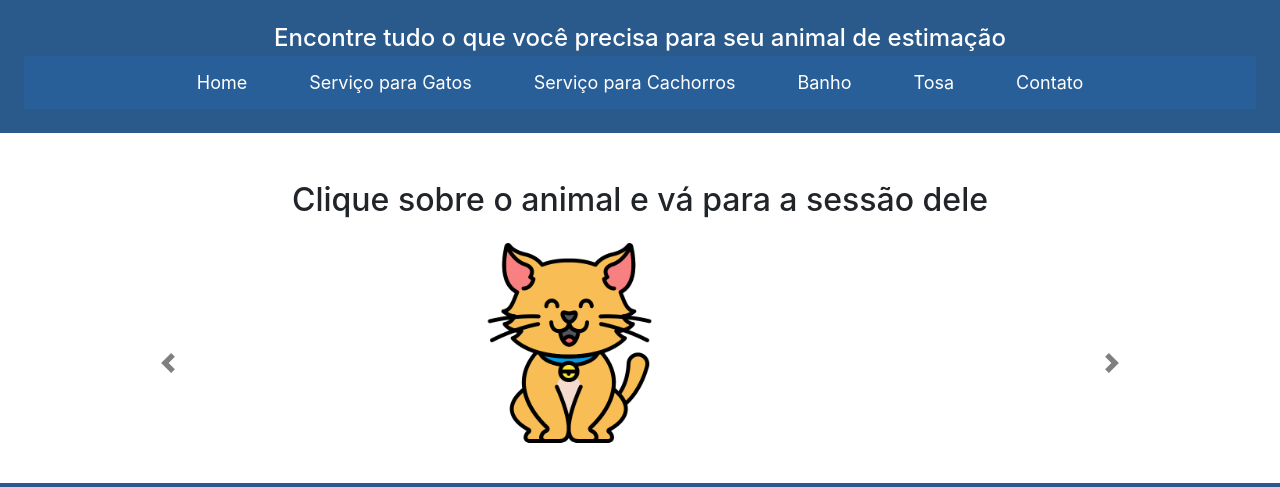
Repository: graeff01/petshop-project
Page: index.html
The author's editor kept a copy of each file at every save. The page is drawn from the files as they stood at one save, then again after the next save.
The browser window is 1280 px wide. The pictures show the part of the page from y = 0 to 487 px (the page is 1667 px tall before and 1672 px after).
A picture or video elsewhere on the page could not be fetched, so the positions and the page height are approximate.

Above is the page before, as saved 2024-09-18 11:32:36.

### index.html
<!DOCTYPE html>
<html lang="pt-br">
<head>
    <meta charset="UTF-8">
    <meta name="viewport" content="width=device-width, initial-scale=1.0">
    <title>PetShop - Home</title>
    <link rel="stylesheet" href="css/style.css">
    <link href="https://maxcdn.bootstrapcdn.com/bootstrap/4.5.2/css/bootstrap.min.css" rel="stylesheet">
</head>
<body>
    <!-- Cabeçalho com menu de navegação -->
    <header class="blue-background text-center p-4">
        <h1>Encontre tudo o que você precisa para seu animal de estimação</h1>
        <nav>
            <ul class="nav justify-content-center">
                <li class="nav-item">
                    <a class="nav-link active" href="index.html">Home</a>
                </li>
                <li class="nav-item">
                    <a class="nav-link" href="gato.html">Serviço para Gatos</a>
                </li>
                <li class="nav-item">
                    <a class="nav-link" href="dog.html">Serviço para Cachorros</a>
                </li>
                <li class="nav-item">
                    <a class="nav-link" href="banho.html">Banho</a>
                </li>
                <li class="nav-item">
                    <a class="nav-link" href="tosa.html">Tosa</a>
                </li>
                <li class="nav-item">
                    <a class="nav-link" href="contato.html">Contato</a>
                </li>
            </ul>
        </nav>
    </header>


<!-- Seção com título explicativo -->
<section class="carousel-section container mt-5">
    <h2 class="text-center mb-4">Clique sobre o animal e vá para a sessão dele</h2> <!-- Título centralizado -->

    <!-- Carrossel de Imagens -->
    <div id="carouselExampleIndicators" class="carousel slide" data-ride="carousel">
        <div class="carousel-inner">
            <div class="carousel-item active">
                <a href="gato.html">
                    <img class="d-block w-100" src="img/cat.png" alt="Primeira imagem">
                </a>
            </div>
            <div class="carousel-item">
                <a href="dog.html">
                    <img class="d-block w-100" src="img/dog.png" alt="Segunda imagem">
                </a>
            </div>
        </div>
        <a class="carousel-control-prev" href="#carouselExampleIndicators" role="button" data-slide="prev">
            <span class="carousel-control-prev-icon" aria-hidden="true"></span>
            <span class="sr-only">Previous</span>
        </a>
        <a class="carousel-control-next" href="#carouselExampleIndicators" role="button" data-slide="next">
            <span class="carousel-control-next-icon" aria-hidden="true"></span>
            <span class="sr-only">Next</span>
        </a>
    </div>
</section>


    <!-- Seção de Fidelidade -->
    <section class="membership text-center p-4">
        <div class="membership-content d-flex align-items-center justify-content-center">
            <div class="membership-text text-center">
                <h3>Torne-se um membro<br>E obtenha desconto</h3>
                <a href="cliente.html" class="btn btn-dark">Virar Membro</a>
            </div>
            <div class="membership-image">
                <img src="img/fidelidade.jpg" alt="Gift" class="img-fluid">
            </div>
        </div>
    </section>

    <!-- Conselhos -->
    <main class="container mt-5">
        <div class="advice-section d-flex justify-content-center align-items-center">
            <div class="advice-text text-center">
                <h2>Alguns bons conselhos para cuidar de seu animal de estimação</h2><br><br>
                <p><strong>Paciência e compreensão:</strong> entenda que os animais de estimação têm suas personalidades. Seja paciente, especialmente durante o treinamento.</p> <br>
                <p><strong>Eduque-se:</strong> Aprenda sobre a raça, os comportamentos e os requisitos de saúde específicos de seu animal de estimação.</p><br>
                <p><strong>Preparação para emergências:</strong> Familiarize-se com a localização da clínica veterinária de emergência mais próxima.</p><br>
                <p><strong>Reforço positivo:</strong> Aprenda técnicas de reforço positivo.</p>
            </div>
            <div class="advice-image text-center">
                <img src="img/dogg.png" alt="Dog Advice" class="img-fluid">
            </div>
        </div>
    </main>

    <!-- Rodapé com informações de contato -->
    <footer class="footer mt-5 p-4 bg-light text-center">
        <div class="footer-container">
            <div class="footer-left">
                <img src="img/logo.png" alt="PetShop Logo" class="footer-logo">
            </div>
            <div class="footer-center">
                <ul class="footer-links">
                    <li><a href="index.html">Home</a></li>
                    <li><a href="gato.html">Gato</a></li>
                    <li><a href="dog.html">Cachorro</a></li>
                    <li><a href="banho.html">Banho</a></li>
                    <li><a href="tosa.html">Tosa</a></li>
                    <li><a href="contato.html">Contato</a></li>
                </ul>
            </div>
            <div class="footer-right">
                <p>Contato: (11) 1234-5678 | contato@petshop.com</p>
                <p>Autor: Douglas - Projeto Web</p>
                <div class="social-icons">
                    <a href="#"><img src="img/face.png" alt="Facebook"></a>
                    <a href="#"><img src="img/insta.png" alt="Instagram"></a>
                    <a href="#"><img src="img/x.png" alt="Twitter"></a>
                </div>
            </div>
        </div>
    </footer>

    <script src="https://code.jquery.com/jquery-3.5.1.slim.min.js"></script>
    <script src="https://cdn.jsdelivr.net/npm/@popperjs/core@2.9.2/dist/umd/popper.min.js"></script>
    <script src="https://maxcdn.bootstrapcdn.com/bootstrap/4.5.2/js/bootstrap.min.js"></script>
</body>
</html>

### css/style.css
/* Estilos globais */
body {
    font-family: Arial, sans-serif;
    margin: 0;
    padding: 0;
}

/* Cabeçalho */
header.blue-background {
    background-color: #2a598b;
    color: white;
    padding: 20px 0;
    text-align: center;
    width: 100%;
    box-sizing: border-box;
}

header.blue-background h1 {
    font-size: 24px;
}

nav ul {
    padding: 0;
    margin: -5px 0;
    align-items: center;
    list-style-type: none;
    display: flex;
    background-color: #2a619cce;
    padding: 5px 0;
}

nav ul li {
    margin: 0 15px;
}

nav ul li a {
    color: rgb(255, 255, 255);
    text-decoration: none;
    font-size: 18px;
    transition: color 0.3s ease;
}

nav ul li a:hover {
    color: #ffd700;
}

/* Barra de busca */
.search-bar {
    padding: 10px;
    font-size: 16px;
    width: 50%;
    margin: 20px auto;
    border-radius: 20px;
    border: 2px solid #ffffff;
    transition: all 0.3s ease;
}

.search-bar:focus {
    border-color: #e61212;
    outline: none;
}

/* Carrossel */
.carousel-item img {
    max-height: 300px;
    max-width: 200px;
    margin-left: 450px;
    object-fit: cover;
    margin-bottom: 40px;
}

/* Alterar a cor usando filter */
.carousel-control-prev-icon,
.carousel-control-next-icon {
    filter: invert(100%) sepia(100%) saturate(0%) hue-rotate(0deg) brightness(100%) contrast(100%);
    /* Modifique `invert` e outros valores para ajustar a cor */
}

/* Seção de Membros */
section.membership {
    background-color: #2a598b;
    padding: 60px 0;
    text-align: center;
    width: 100%;
    box-sizing: border-box;
}

.membership-content {
    background-color: #fff;
    border: 1px solid #000000ee;
    border-radius: 20px;
    padding: 20px;
    display: flex;
    align-items: center;
    text-align: left;
    max-width: 900px;
    margin: auto;
}

.membership-text {
    margin-right: 20px;
    text-align: center;
}

.membership-text h3 {
    font-size: 35px;
    margin-bottom: 10px;
}

.membership-image {
    flex: 1;
    text-align: center;
}

.membership-image img {
    max-width: 500px;
    height: auto;
    border-radius: 20px;
}

/* Seção de conselhos */
.advice-section {
    display: flex;
    justify-content: space-between;
    align-items: center;
    padding: 20px 0;
}

.advice-text {
    flex: 1;
    margin-left: 80px;
}

.advice-text h2 {
    color: #2a598b;
}

.advice-text p {
    font-size: 15px;
    margin-right: 10px;
    margin-bottom: 10px;
}

.advice-image {
    flex: 1;
    margin-left: 20px;
}

.advice-image img {
    max-width: 100%;
    height: 500px;
    border-radius: 20px;
}

/* Rodapé */
.footer {
    background-color: #d5d7d8;
    padding: 20px 0;
    color: white;
    text-align: center;
    width: 100%;
}

.footer-container {
    display: flex;
    justify-content: space-between;
    align-items: center;
    max-width: 1200px;
    margin: 0 auto;
    padding: 0 20px;
    box-sizing: border-box;
}

.footer-left img {
    width: 100px;
}

.footer-center {
    flex: 1;
}

.footer-links {
    list-style-type: none;
    padding: 0;
    margin: 0;
    display: flex;
    justify-content: center;
}

.footer-links li {
    margin: 0 10px;
}

.footer-links a {
    color: rgb(35, 111, 197);
    text-decoration: none;
    font-size: 16px;
}

.footer-links a:hover {
    text-decoration: underline;
}

.footer-right .social-icons {
    display: flex;
    justify-content: center;
}

.footer-right .social-icons a {
    margin: 0 10px;
}

.footer-right .social-icons img {
    width: 30px;
    height: 30px;
}

After the next save:
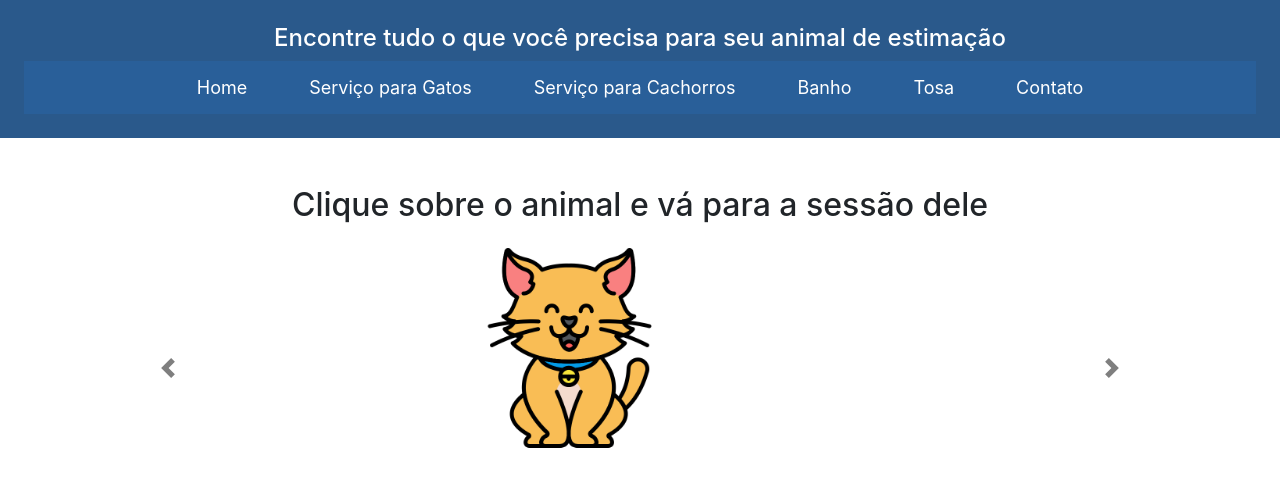
Saved 18 s later.
--- a/css/style.css
+++ b/css/style.css
@@ -20,8 +20,7 @@ header.blue-background h1 {
 }
 
 nav ul {
-    padding: 0;
-    margin: -5px 0;
+    padding: 20;
     align-items: center;
     list-style-type: none;
     display: flex;
